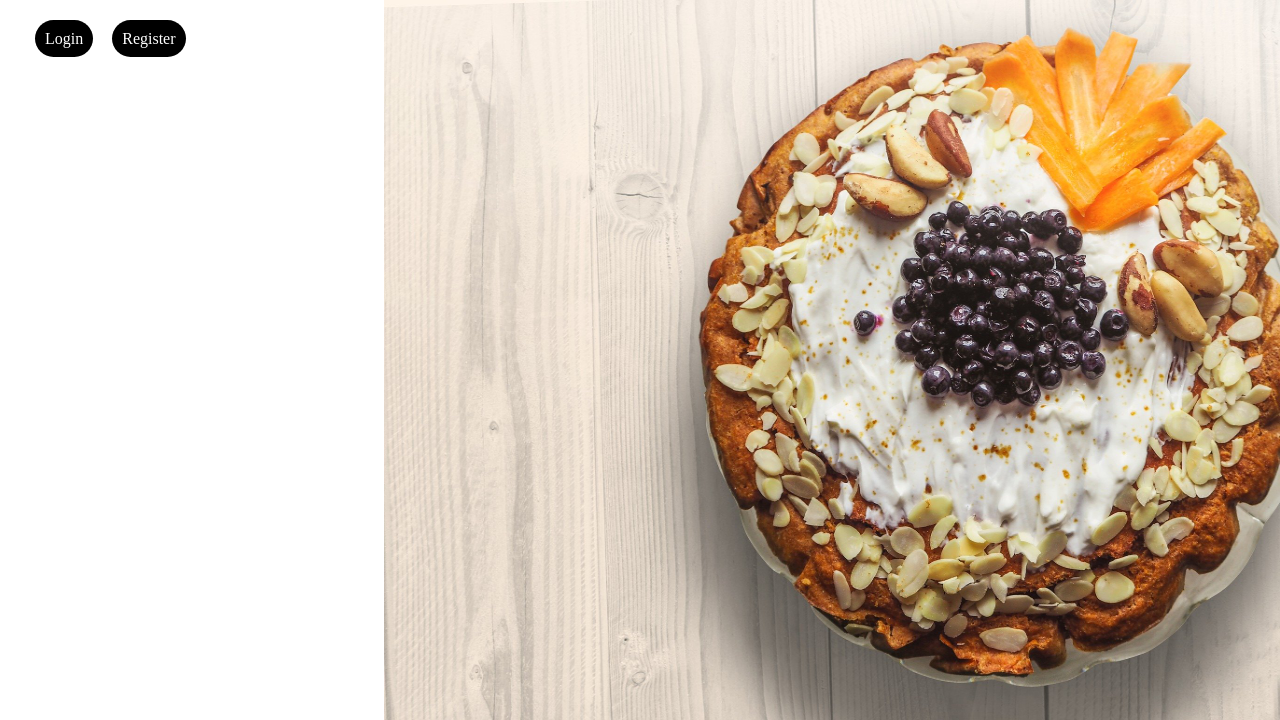
Repository: PatryxB/recipeCook
Page: http://localhost/
These files come from the project's save history. The page is drawn as it stood at one moment and after the next save; the edit follows.
The browser window is 1280 px wide. The pictures show the whole page.
The page is served by the project's Laravel application, run on PHP 8.4 with Laravel 8. Other server files are loaded and not shown. Style sheets and scripts are compiled from the project's sources, by tool versions that may differ from the author's.

Above is the page before, as saved 2020-05-02 11:19:17.

### resources/views/welcome.blade.php
<!DOCTYPE html>
<html lang="{{ str_replace('_', '-', app()->getLocale()) }}">
    <head>
        <meta charset="utf-8">
        <meta name="viewport" content="width=device-width, initial-scale=1">

        <title>Laravel</title>

        <!-- Fonts -->
        <link href="https://fonts.googleapis.com/css?family=Nunito:200,600" rel="stylesheet">
        <link rel="stylesheet" href="/css/app.css">

    </head>
    <body>
        @extends('layouts.app')
        @section('content')

        <div class="banner">
            <img src="{{asset('/img/cakebanner.jpg')}}" alt="">
            <div class="info">

            </div>
        </div>

        @endsection
    </body>
</html>

### resources/views/layouts/app.blade.php
<!doctype html>
<html lang="{{ str_replace('_', '-', app()->getLocale()) }}">
<head>
    <meta charset="utf-8">
    <meta name="viewport" content="width=device-width, initial-scale=1">

    <!-- CSRF Token -->
    <meta name="csrf-token" content="{{ csrf_token() }}">

    <title>{{ config('app.name', 'Laravel') }}</title>

    <!-- Scripts -->
    <script src="{{ asset('js/app.js') }}" defer></script>

    <!-- Fonts -->
    <link rel="dns-prefetch" href="//fonts.gstatic.com">
    <link href="https://fonts.googleapis.com/css?family=Nunito" rel="stylesheet">

    <!-- Styles -->
    <link href="{{ asset('css/app.css') }}" rel="stylesheet">
</head>
<body>
    <div id="app">

        <nav>
            @if (Route::has('login'))
                @auth
                    <a href="{{ url('/home') }}">Home</a>
                @else
                    <a href="{{ route('login') }}">Login</a>

                    @if (Route::has('register'))
                        <a href="{{ route('register') }}">Register</a>
                    @endif
                @endauth
            @endif
        </nav>

        <main class="py-4">
            @yield('content')
        </main>
    </>
</body>
</html>

### resources/sass/app.scss
// Fonts
@import url('https://fonts.googleapis.com/css?family=Nunito');

// Variables
@import 'variables';

html, body{
    box-sizing: border-box;
    margin: 0;
    padding: 0;
}
nav{
    position: absolute;
    top: 30px;
    left: 20px;
    z-index: 999;
}
nav a{
    text-decoration: none;
    color: white;
    background-color: black;
    padding: 10px;
    margin-left: 15px;
    border-radius: 25px;
}
.banner img{
    position: relative;
    float: right;
    width: 70%;
    height: 100vh;
    background-repeat: no-repeat;
}
.info{
    width: 30%;
    height: 100vh;
}

Loaded but not shown: routes/web.php (common file); app/Http/Controllers/Auth/LoginController.php (common file); app/Http/Controllers/Controller.php (common file); app/Http/Controllers/Auth/ConfirmPasswordController.php (common file); resources/sass/_variables.scss (common file)

After the next save:
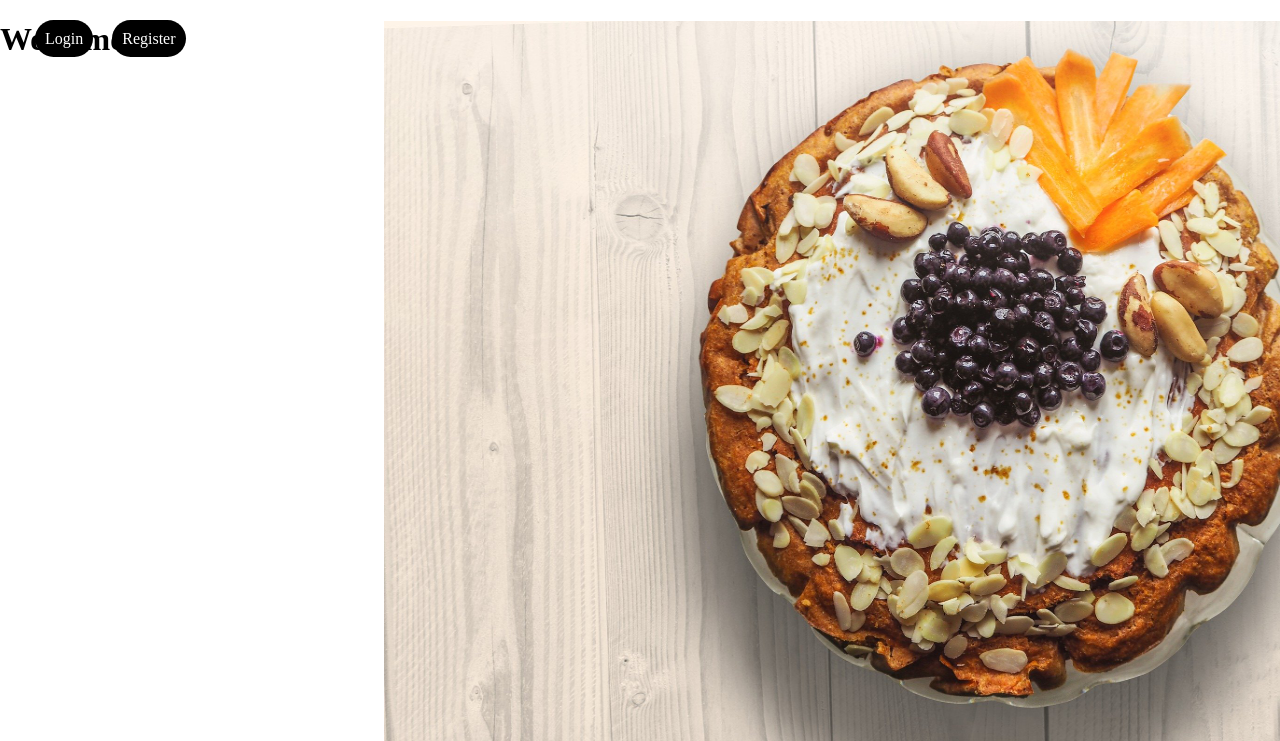
Saved 2 min 11 s later.
--- a/resources/views/welcome.blade.php
+++ b/resources/views/welcome.blade.php
@@ -18,7 +18,7 @@
         <div class="banner">
             <img src="{{asset('/img/cakebanner.jpg')}}" alt="">
             <div class="info">
-
+                <h1>Welcome!</h1>
             </div>
         </div>
 
